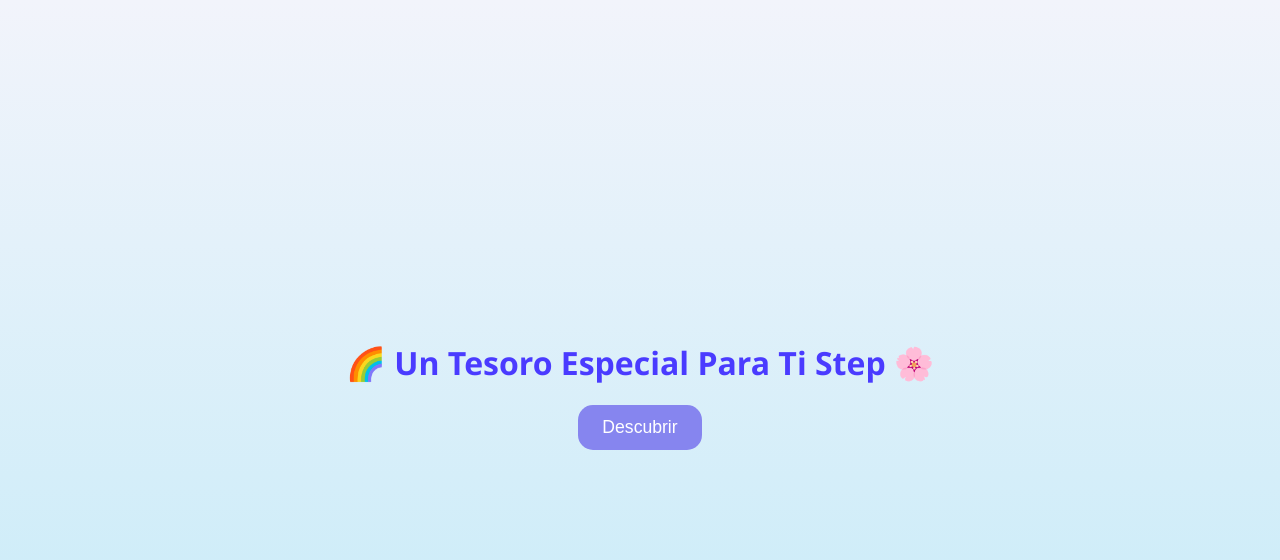
Repository: FernandoPelaez/juego-step
Page: index.html
An editor plug-in stored every save of this project. The page is shown before and after the next save, followed by the edit.
The browser window is 1280 px wide. The pictures show the whole page.
Some web libraries are served in a nearby version.

Above is the page before, as saved 2025-05-13 22:35:13.

### index.html
<!DOCTYPE html>
<html lang="es">
<head>
  <meta charset="UTF-8" />
  <meta name="viewport" content="width=device-width, initial-scale=1.0" />
  <title>Un Tesoro Especial Para Step</title>
  <link rel="stylesheet" href="style.css" />
</head>
<body>
  <div class="pantalla-inicial">
    <h1>🌈 <span>Un Tesoro Especial Para Ti Step</span> 🌸</h1>
    <button id="btnComenzar">Descubrir</button>
  </div>

  <div class="juego" id="juego" style="display:none;">
    <h2>Encuentra los pares mágicos ✨</h2>
    <div id="tablero" class="tablero"></div>
    <p id="mensajeAcierto" class="mensaje-acierto"></p>
    <button id="btnReiniciar">Reiniciar</button>
  </div>

  <div id="mensajeFinal" class="mensaje-final" style="display:none;">
    <h2>🔓 ¡Tesoro desbloqueado! 🌟</h2>
    <button id="btnVolverAJugar">Volver a jugar</button>
  </div>

  <!-- Confetti CDN -->
  <script src="https://cdn.jsdelivr.net/npm/canvas-confetti@1.6.0/dist/confetti.browser.min.js"></script>
  <script src="script.js"></script>
</body>
</html>

### style.css
body {
  margin: 0;
  font-family: 'Segoe UI', Tahoma, Geneva, Verdana, sans-serif;
  background: linear-gradient(to bottom, #f2f4fb, #c6ebf8);
  display: flex;
  flex-direction: column;
  align-items: center;
  justify-content: center;
  min-height: 100vh;
  color: #3f3d56;
  text-align: center;
}

.pantalla-inicial, .juego, .mensaje-final {
  margin-top: 50px;
}

h1 {
  font-size: 2rem;
  color: #4a3bff;
}

h1 span {
  font-weight: bold;
}

h2 {
  font-size: 1.5rem;
  margin-bottom: 20px;
}

button {
  padding: 12px 24px;
  font-size: 1.1rem;
  background-color: #8685ef;
  color: white;
  border: none;
  border-radius: 15px;
  cursor: pointer;
  transition: background-color 0.3s ease;
}

button:hover {
  background-color: #6b69e9;
}

.tablero {
  display: grid;
  grid-template-columns: repeat(7, 70px);
  gap: 15px;
  justify-content: center;
  margin-bottom: 20px;
}

.carta {
  width: 70px;
  height: 70px;
  background-color: white;
  border: 2px solid #b5b7f3;
  border-radius: 12px;
  display: flex;
  align-items: center;
  justify-content: center;
  font-size: 1.8rem;
  cursor: pointer;
  user-select: none;
  transition: transform 0.2s;
}

.carta:hover {
  transform: scale(1.05);
}

.carta.acertada {
  background-color: #c8f7c5;
  border-color: #a3e6a1;
  cursor: default;
}

.mensaje-acierto {
  font-size: 1.1rem;
  color: #4a3bff;
  margin-top: 10px;
  min-height: 1.5rem;
}

.mensaje-final {
  font-size: 2rem;
  font-weight: bold;
  color: #4a3bff;
}

.mensaje-final button {
  margin-top: 20px;
}

/* Responsive para celulares */
@media (max-width: 768px) {
  h1 {
    font-size: 1.5rem;
    padding: 0 10px;
  }

  h2 {
    font-size: 1.2rem;
    padding: 0 10px;
  }

  .tablero {
    grid-template-columns: repeat(4, 60px); /* Menos columnas para pantallas pequeñas */
    gap: 12px;
  }

  .carta {
    width: 60px;
    height: 60px;
    font-size: 1.5rem;
  }

  button {
    padding: 10px 20px;
    font-size: 1rem;
  }

  .pantalla-inicial, .juego, .mensaje-final {
    margin-top: 30px;
    padding: 0 10px;
  }

  .mensaje-acierto {
    font-size: 1rem;
    min-height: 1.2rem;
  }

  .mensaje-final {
    font-size: 1.5rem;
  }
}

### script.js
const tablero = document.getElementById("tablero");
const btnComenzar = document.getElementById("btnComenzar");
const juego = document.getElementById("juego");
const pantallaInicial = document.querySelector(".pantalla-inicial");
const mensajeFinal = document.getElementById("mensajeFinal");
const mensajeAcierto = document.getElementById("mensajeAcierto");
const btnReiniciar = document.getElementById("btnReiniciar");


const sonidoVoltear = new Audio('sonido/voltear.mp3');

const emojis = ["🌈", "🎀", "🍭", "🌸", "🧁", "🧸", "🦄", "💖", "🌟", "🍓", "🐥", "🐚", "🌷", "🍬"];
const mensajes = [
  "¡Lo lograste, Step! 🧠✨",
  "Eres más lista que el código que te hizo 😎",
  "¡Cada vez más cerca del tesoro! 💖",
  "¡Estás imparable, mi genia! 💪💘",
  "¡Wow! Tu memoria es de otro nivel 🧠💥",
  "¡Eres brillante! ✨ Como siempre lo has sido 🌟",
  "¡Qué talento, Step! 🪄💡",
  "¡Eres un rayo de genialidad! ⚡🌈",
  "¡Imposible no admirarte! 🐚🫧",
  "¡Así se juega con el corazón! 💓🎯",
  "¡Tus neuronas están de fiesta! 🧠🎉",
  "¡Eres la reina de los pares! 👑🧸",
  "¡Con cada clic demuestras magia! 🦄💫",
  "¡Increíble! No hay reto que no superes 💥🍭"
];

let cartas = [];
let seleccionadas = [];
let paresEncontrados = 0;

btnComenzar.addEventListener("click", iniciarJuego);
btnReiniciar.addEventListener("click", () => location.reload());

function iniciarJuego() {
  pantallaInicial.style.display = "none";
  juego.style.display = "block";

  const cartasDobles = [...emojis, ...emojis];
  cartasDobles.sort(() => Math.random() - 0.5);

  cartasDobles.forEach((emoji, index) => {
    const carta = document.createElement("div");
    carta.classList.add("carta");
    carta.dataset.valor = emoji;
    carta.dataset.index = index;
    carta.textContent = "❌";
    carta.addEventListener("click", manejarSeleccion);
    tablero.appendChild(carta);
    cartas.push(carta);
  });
}

function manejarSeleccion(e) {
  const carta = e.target;

  if (seleccionadas.length < 2 && !carta.classList.contains("acertada") && !seleccionadas.includes(carta)) {
    sonidoVoltear.play();
    carta.textContent = carta.dataset.valor;
    seleccionadas.push(carta);

    if (seleccionadas.length === 2) {
      const [carta1, carta2] = seleccionadas;
      if (carta1.dataset.valor === carta2.dataset.valor) {
        carta1.classList.add("acertada");
        carta2.classList.add("acertada");
        seleccionadas = [];
        paresEncontrados++;

        mensajeAcierto.textContent = mensajes[Math.floor(Math.random() * mensajes.length)];

        if (paresEncontrados === emojis.length) {
          setTimeout(() => {
            juego.style.display = "none";
            mensajeFinal.style.display = "block";
            lanzarConfeti();
          }, 3000);
        }
      } else {
        setTimeout(() => {
          carta1.textContent = "❌";
          carta2.textContent = "❌";
          seleccionadas = [];
          mensajeAcierto.textContent = "";
        }, 800);
      }
    }
  }
}

const btnVolverAJugar = document.getElementById("btnVolverAJugar");
if (btnVolverAJugar) {
  btnVolverAJugar.addEventListener("click", () => location.reload());
}


function lanzarConfeti() {
  confetti({
    particleCount: 150,
    spread: 100,
    origin: { y: 0.6 }
  });
}

After the next save:
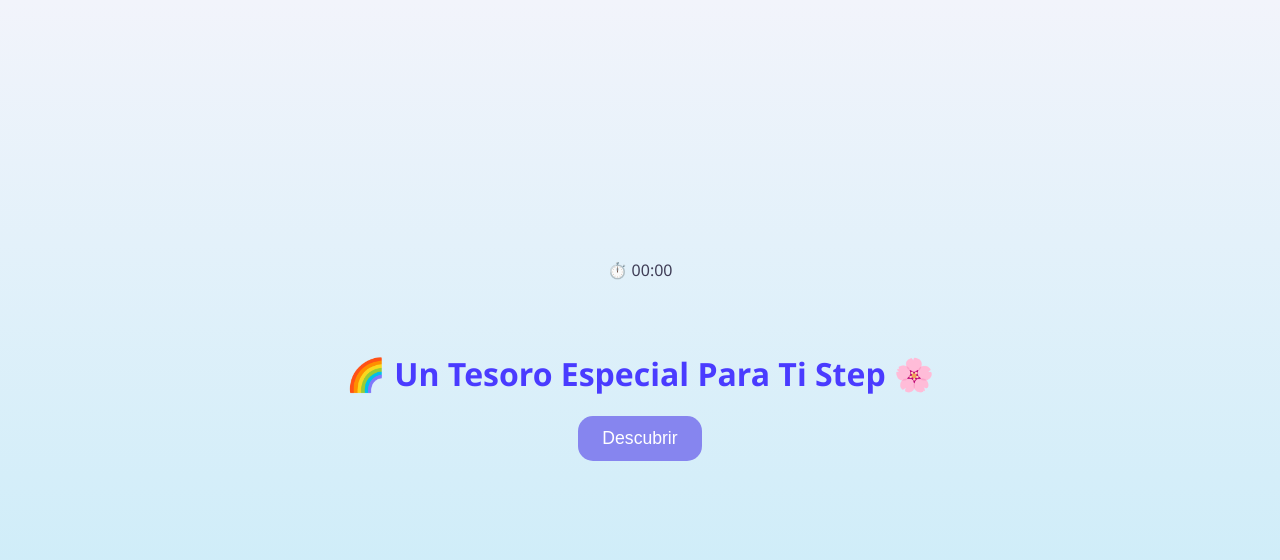
Saved 8 min 15 s later.
--- a/index.html
+++ b/index.html
@@ -7,11 +7,16 @@
   <link rel="stylesheet" href="style.css" />
 </head>
 <body>
+  <!-- ⏱️ Reloj -->
+  <div class="reloj" id="reloj">⏱️ 00:00</div>
+
+  <!-- Pantalla inicial -->
   <div class="pantalla-inicial">
     <h1>🌈 <span>Un Tesoro Especial Para Ti Step</span> 🌸</h1>
     <button id="btnComenzar">Descubrir</button>
   </div>
 
+  <!-- Juego -->
   <div class="juego" id="juego" style="display:none;">
     <h2>Encuentra los pares mágicos ✨</h2>
     <div id="tablero" class="tablero"></div>
@@ -19,12 +24,14 @@
     <button id="btnReiniciar">Reiniciar</button>
   </div>
 
+  <!-- Mensaje final -->
   <div id="mensajeFinal" class="mensaje-final" style="display:none;">
     <h2>🔓 ¡Tesoro desbloqueado! 🌟</h2>
+    <p id="tiempoFinal"></p>
     <button id="btnVolverAJugar">Volver a jugar</button>
   </div>
 
-  <!-- Confetti CDN -->
+  <!-- Confetti y JS -->
   <script src="https://cdn.jsdelivr.net/npm/canvas-confetti@1.6.0/dist/confetti.browser.min.js"></script>
   <script src="script.js"></script>
 </body>
